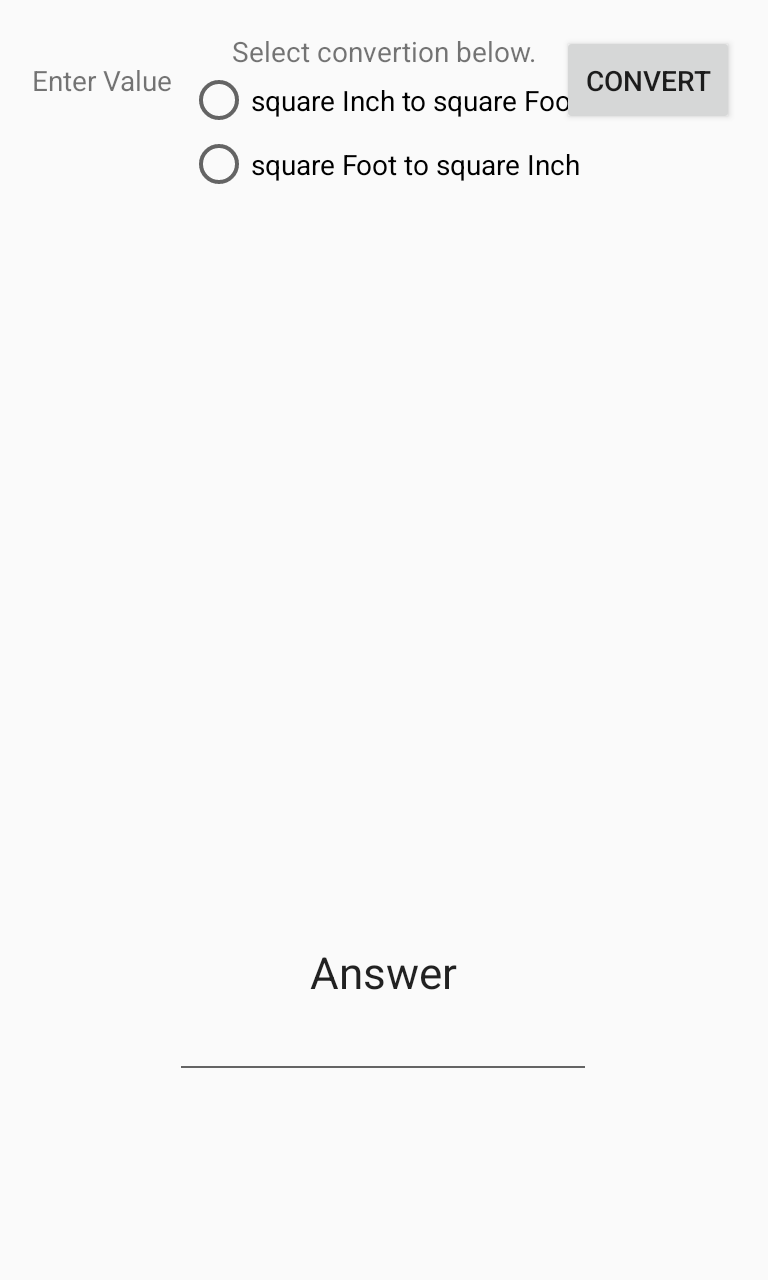
Repository: awayzo/6300Fall14Assignment4
Layout: UnitConvertor/res/layout/activity_area.xml
An editor plug-in stored every save of this project. The layout is shown before and after the next save, followed by the edit.
It is drawn on a 768 x 1280 px phone screen (xhdpi) without system bars, with theme AppTheme; the app's code is not run.

Above is the layout before, as saved 2014-09-26 22:06:46.

After the next save:
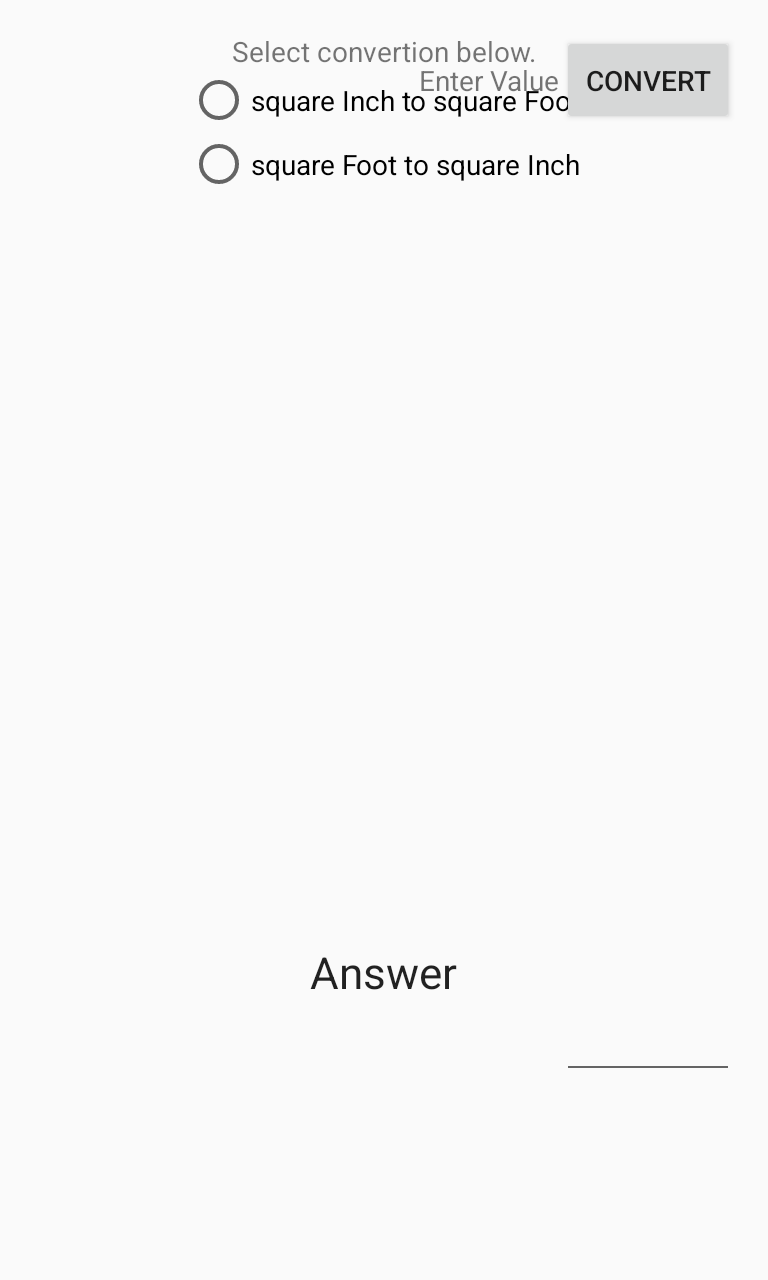
Saved 3 min 24 s later.
--- a/UnitConvertor/res/layout/activity_area.xml
+++ b/UnitConvertor/res/layout/activity_area.xml
@@ -66,6 +66,7 @@
          android:layout_height="wrap_content"
 
          android:layout_alignBaseline="@+id/btnConvert"
+         android:layout_toLeftOf="@+id/btnConvert"
 
          android:text="Enter Value"/>
 
@@ -73,9 +74,8 @@
          android:id="@+id/txtValue"
          android:layout_width="fill_parent"
          android:layout_height="wrap_content"
-         android:layout_above="@+id/btnConvert"
-         android:layout_marginBottom="31dp"
-         android:layout_toRightOf="@+id/lblValue"
+	  android:layout_toRightOf="@+id/lblValue"
+         android:layout_toLeftOf="@+id/btnConvert"
          android:ems="10"
          android:inputType="numberDecimal" >
 
